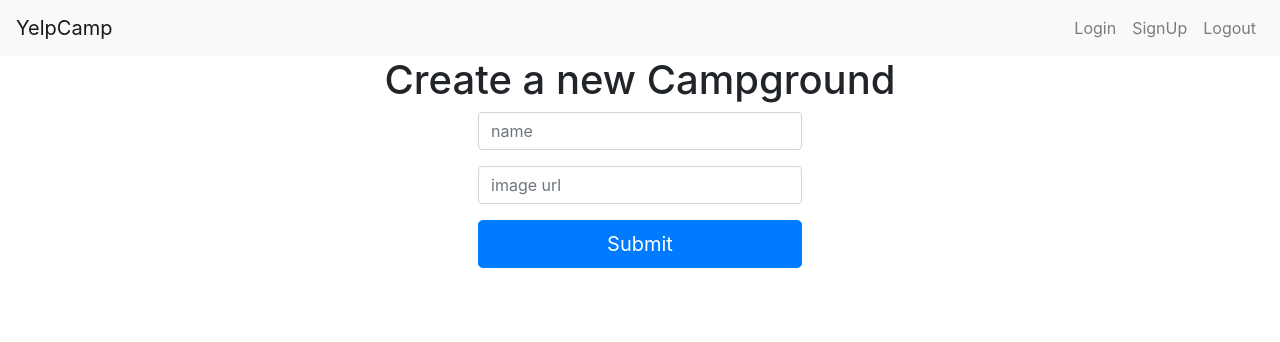
Repository: ninad1999/Yelp-Camp
Page: http://localhost/campgrounds/new
The author's editor kept a record of every edit. The page is drawn from the files as they stood at one moment, then again after the next edit.
The browser window is 1280 px wide. The pictures show the whole page.
The page is served by the project's Node server (V1/app.js).

Above is the page before.

After the next edit:
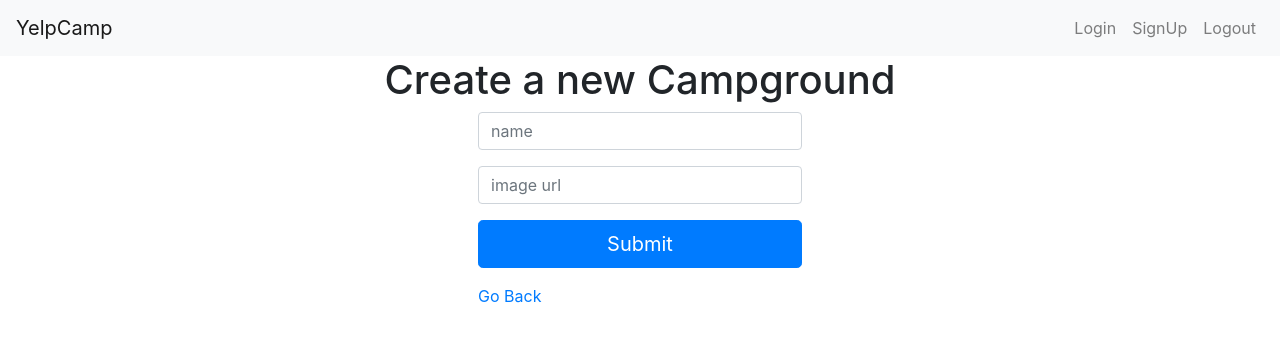
The edit:
--- a/workspace/V1/views/new.ejs
+++ b/workspace/V1/views/new.ejs
@@ -15,9 +15,8 @@
                     <button class="btn btn-lg btn-primary btn-block">Submit</button>
                 </div>
             </form>
+            <a href="/campgrounds">Go Back</a>
         </div>
-
-
     </div>
 </div>
 
